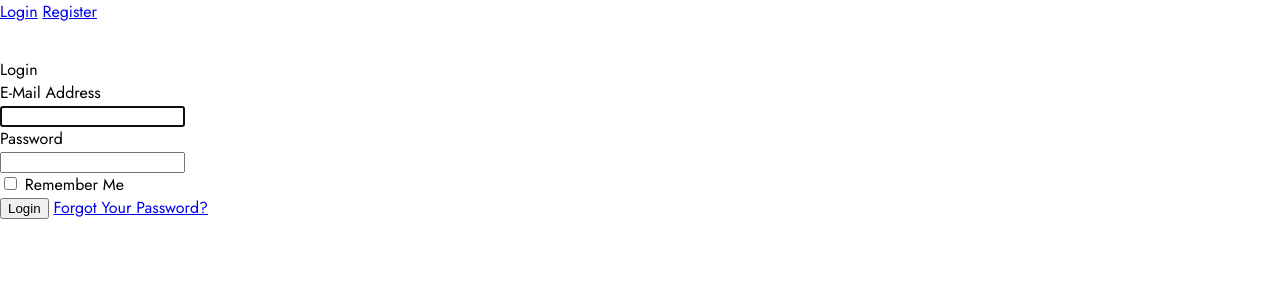
Repository: PatryxB/bikeService
Page: http://localhost/login
An editor plug-in stored every save of this project. The page is shown before and after the next save, followed by the edit.
The browser window is 1280 px wide. The pictures show the whole page.
The page is served by the project's Laravel application, run on PHP 8.4 with Laravel 8. Other server files are loaded and not shown. Style sheets and scripts are compiled from the project's sources, by tool versions that may differ from the author's.

Above is the page before, as saved 2020-05-01 15:29:23.

### resources/views/layouts/app.blade.php
<!doctype html>
<html lang="{{ str_replace('_', '-', app()->getLocale()) }}">
<head>
    <meta charset="utf-8">
    <meta name="viewport" content="width=device-width, initial-scale=1">

    <!-- CSRF Token -->
    <meta name="csrf-token" content="{{ csrf_token() }}">

    <title>{{ config('app.name', 'Laravel') }}</title>

    <!-- Scripts -->
    <script src="{{ asset('js/app.js') }}" defer></script>

    <!-- Fonts -->
    <link rel="dns-prefetch" href="//fonts.gstatic.com">
    <link href="https://fonts.googleapis.com/css?family=Nunito" rel="stylesheet">

    <!-- Styles -->
    <link href="{{ asset('css/app.css') }}" rel="stylesheet">
</head>
<body>
    <div id="app">
        <nav>
            @if (Route::has('login'))
                @auth
                    <a href="{{ url('/home') }}">Home</a>
                @else
                    <a href="{{ route('login') }}">Login</a>

                    @if (Route::has('register'))
                        <a href="{{ route('register') }}">Register</a>
                    @endif
                @endauth
            @endif

        </nav>
        <main>
            @yield('content')
        </main>
    </div>
</body>
</html>

### resources/sass/app.scss
@import url('https://fonts.googleapis.com/css2?family=Jost&display=swap');
html, body{
    box-sizing: border-box;
    margin: 0;
    padding: 0;
    font-family: 'Jost', sans-serif;
}
.banner img{
    width: 100%;
    height: 92vh;
}
nav{
    width: 100%;
    height: 8vh;
}

Loaded but not shown: routes/web.php (common file); app/Http/Controllers/Auth/LoginController.php (common file); app/Http/Controllers/Controller.php (common file); app/Http/Controllers/Auth/ConfirmPasswordController.php (common file); resources/views/auth/login.blade.php (common file)

After the next save:
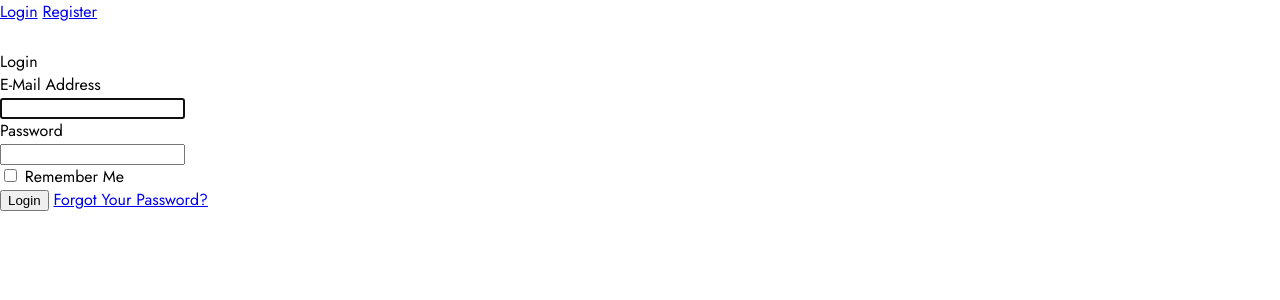
Saved 11 s later.
--- a/resources/sass/app.scss
+++ b/resources/sass/app.scss
@@ -11,5 +11,5 @@ html, body{
 }
 nav{
     width: 100%;
-    height: 8vh;
+    height: 7vh;
 }
